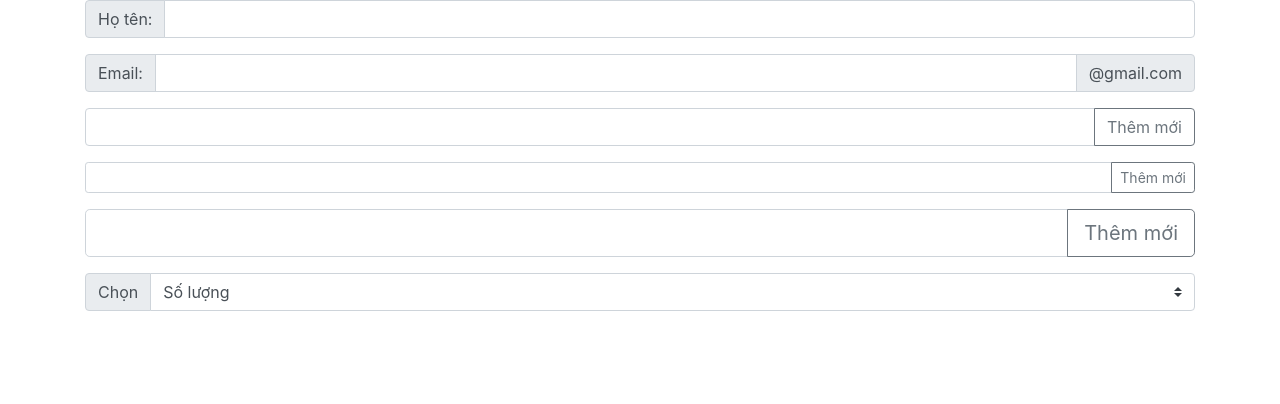
Repository: anhtu2110/front_end
Page: lesson/bootstrap/advance/5.14-input-group.html
An editor plug-in stored every save of this project. The page is shown before and after the next save, followed by the edit.
The browser window is 1280 px wide. The pictures show the whole page.

Above is the page before, as saved 2022-12-09 07:05:37.

After the next save:
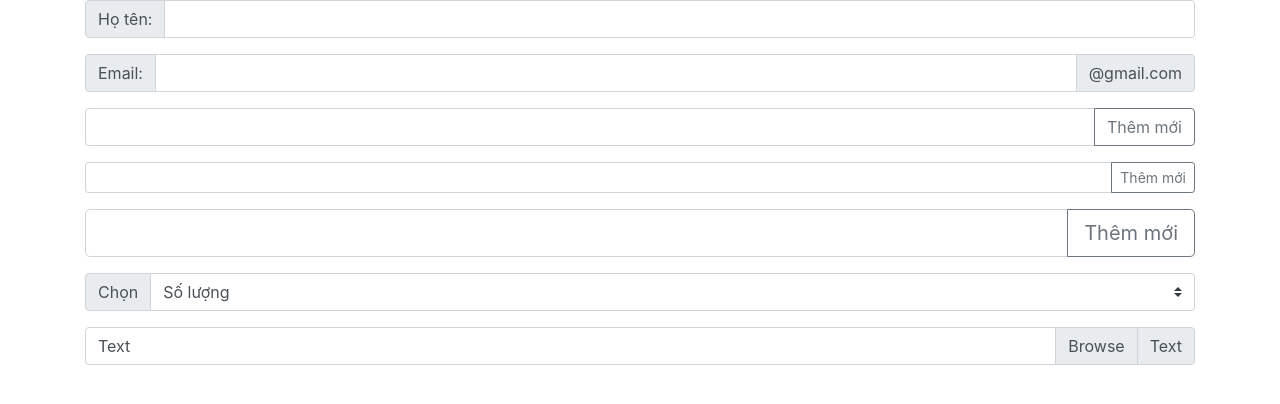
Saved 2 min 28 s later.
--- a/lesson/bootstrap/advance/5.14-input-group.html
+++ b/lesson/bootstrap/advance/5.14-input-group.html
@@ -55,6 +55,15 @@
                             <option value="">3</option>
                         </select>
                 </div>
+                <div class="input-group">
+                    <div class="custom-file">
+                        <input id="my-input" class="custom-file-input" type="file" name="">
+                        <label for="my-input" class="custom-file-label">Text</label>
+                    </div>
+                    <div class="input-group-append">
+                        <span class="input-group-text" id="my-addon">Text</span>
+                    </div>
+                </div>
             </div>
         </div>
     </div>
